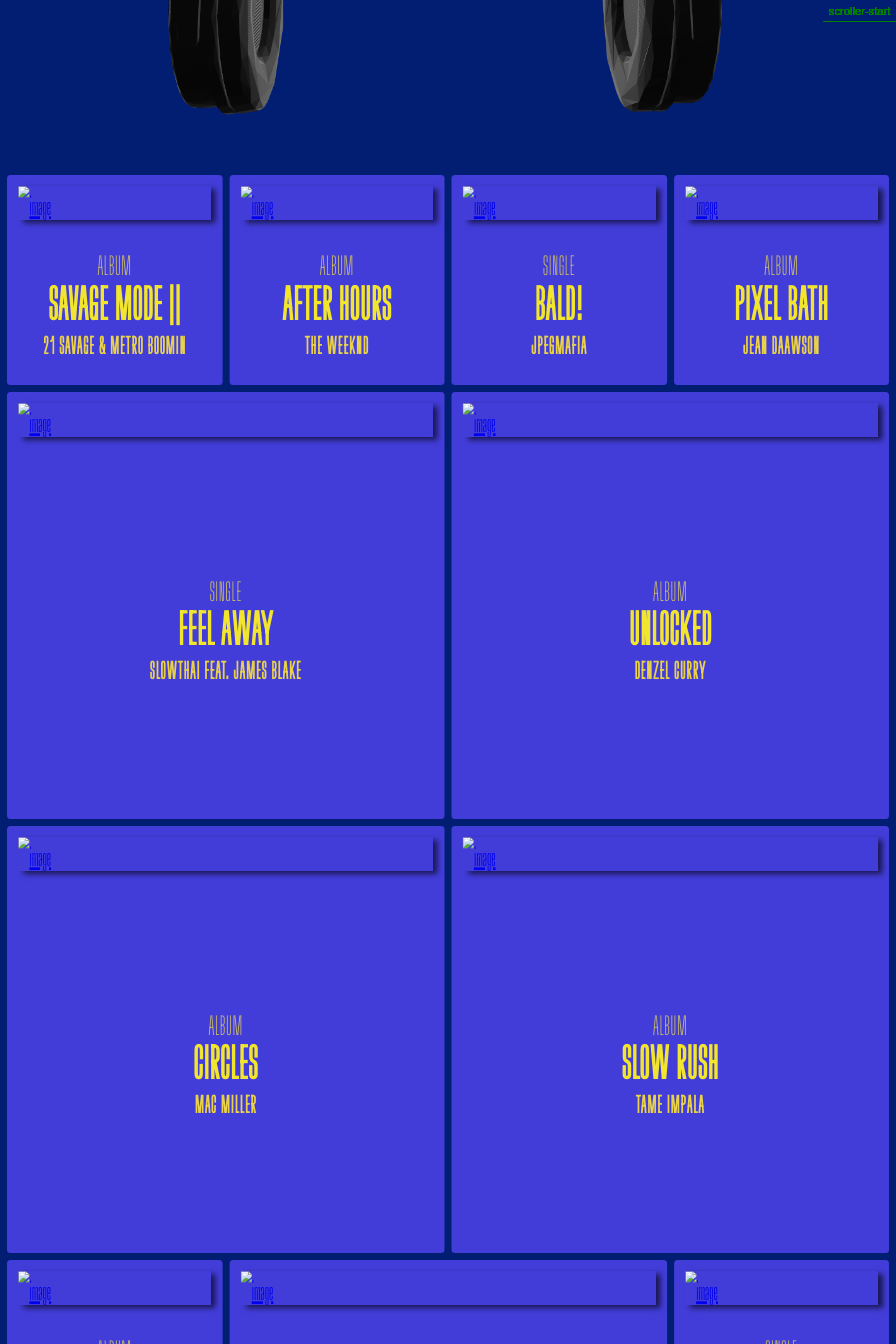
Repository: Spreceriany/musicly2020
Page: /
The author's editor kept a copy of each file at every save. The page is drawn from the files as they stood at one save, then again after the next save.
The browser window is 1280 px wide. The pictures show the part of the page from y = 510 to 2430 px (the page is 6062 px tall), at 70% of full size.
Backgrounds fixed to the window are drawn as part of the page. Some web libraries are served in a nearby version. The project was rebuilt for these pictures with package versions that can differ from the ones it lists, and the page was loaded fresh each time.

Above is the page before, as saved 2021-01-18 15:37:22.
Console error: ReferenceError: Blazy is not defined

After the next save:
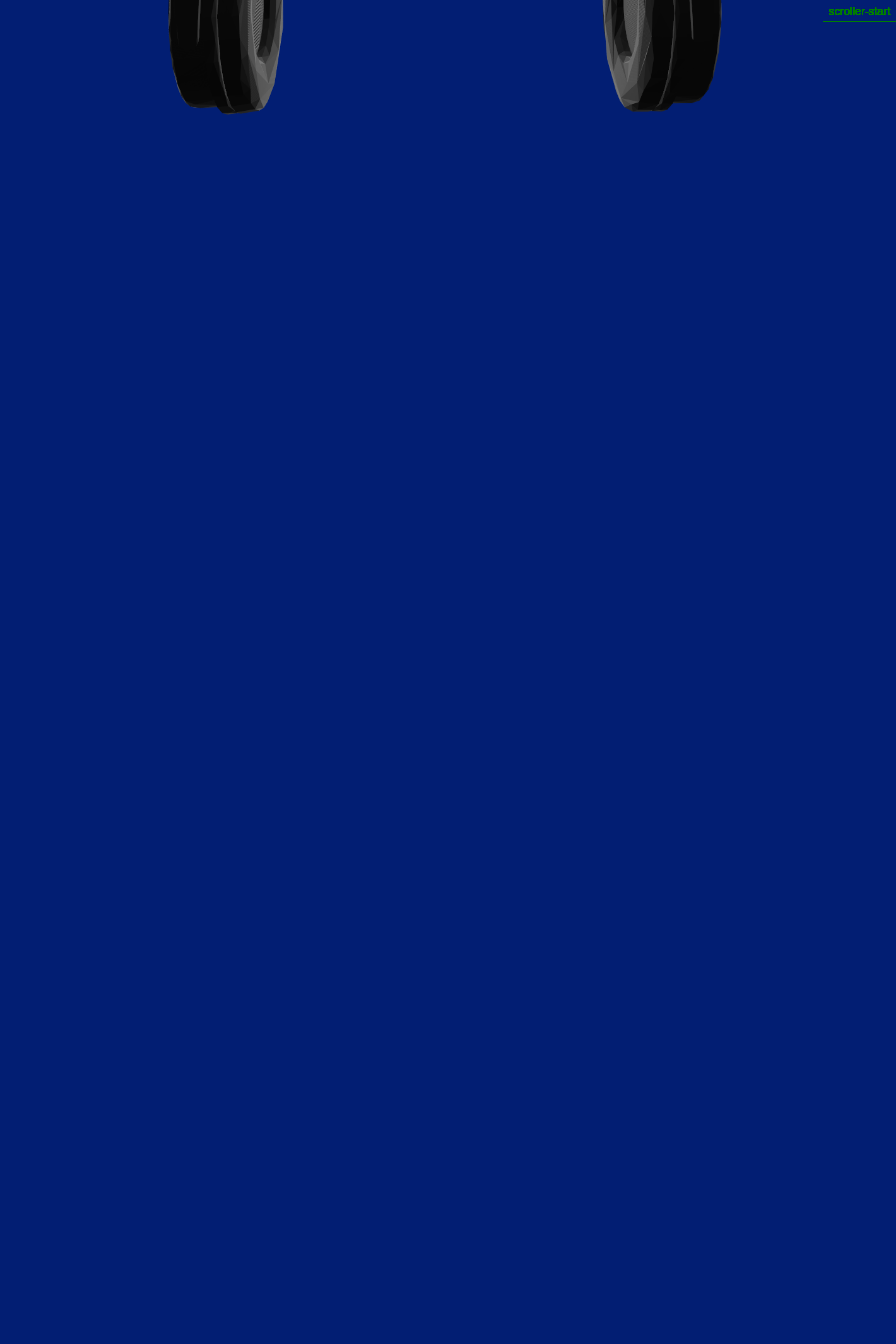
Saved 52 s later.
--- a/js/main.js
+++ b/js/main.js
@@ -4,13 +4,14 @@
 ScrollTrigger.batch(".grid-item", {
   onEnter: (batch) =>
     gsap.to(batch,
-        { opacity: 1,
-          stagger: 0.3,
-          scrollTrigger:{
+        { scrollTrigger:{
               start: "top 75%",
               end:"bottom 25%",
-              markers:true
+              markers:true,
+              opacity: 1,
+                 stagger: 0.3,
           }
+
 
         }),
   onLeaveBack: (batch) => gsap.to(batch, { opacity: 0, stagger: 0.3 }),
